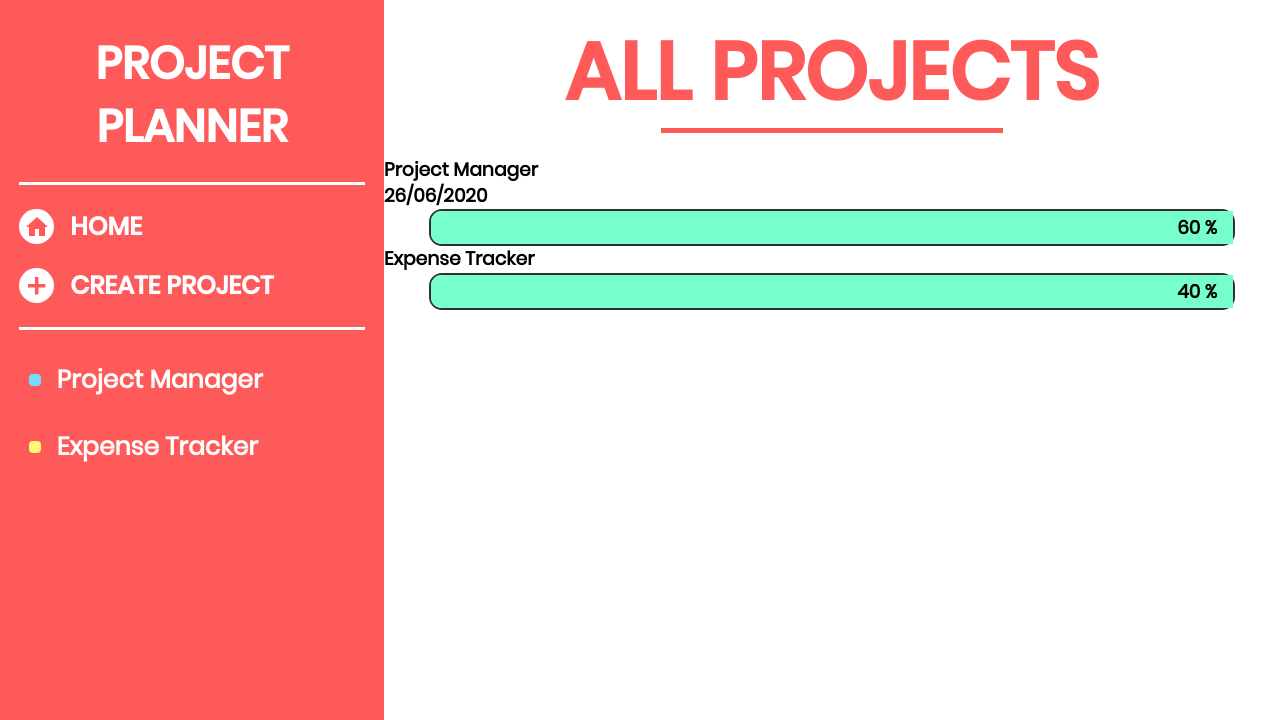
Repository: AzharMoosa/project-manager
Page: /
The author's editor kept a copy of each file at every save. The page is drawn from the files as they stood at one save, then again after the next save.
The browser window is 1280 px wide. The pictures show the whole page.
The project was rebuilt for these pictures with package versions that can differ from the ones it lists, and the page was loaded fresh each time.

Above is the page before, as saved 2020-06-22 11:06:48.

### public/index.html
<!DOCTYPE html>
<html lang="en">
  <head>
    <meta charset="utf-8" />
    <link rel="icon" href="%PUBLIC_URL%/favicon.ico" />
    <meta name="viewport" content="width=device-width, initial-scale=1" />
    <meta name="theme-color" content="#000000" />
    <meta
      name="description"
      content="Web site created using create-react-app"
    />
    <link rel="apple-touch-icon" href="%PUBLIC_URL%/logo192.png" />

    <link rel="manifest" href="%PUBLIC_URL%/manifest.json" />

    <title>Project Planner</title>
  </head>
  <body>
    <noscript>You need to enable JavaScript to run this app.</noscript>
    <div id="root"></div>
  </body>
</html>

### src/App.js
import React from "react";
import Sidebar from "./components/sidebar/Siebar";
import Home from "./components/home/Home";
import { ProjectProvider } from "./ProjectContext";

import "./App.css";

function App() {
  return (
    <ProjectProvider>
      <div className='container'>
        <Sidebar />
        <Home />
      </div>
    </ProjectProvider>
  );
}

export default App;

### src/components/sidebar/Siebar.js
import React from "react";
import Header from "./Header";
import ProjectList from "../project-list/ProjectList";

const Siebar = () => {
  return (
    <div className='sidebar'>
      <Header />
      <ProjectList />
    </div>
  );
};

export default Siebar;

### src/components/home/Home.js
import React, { useContext } from "react";
import ProgectProgress from "./ProgectProgress";
import { ProjectContext } from "../../ProjectContext";

const Home = () => {
  const [projects, setProjects] = useContext(ProjectContext);

  return (
    <div className='home'>
      <h1 className='home-title'>ALL PROJECTS</h1>
      {projects.map((project) => (
        <ProgectProgress
          name={project.name}
          date={project.date}
          progress={project.progress}
        />
      ))}
    </div>
  );
};

export default Home;

### src/ProjectContext.js
import React, { useState, createContext } from "react";

export const ProjectContext = createContext();

export const ProjectProvider = (props) => {
  const [projects, setProjects] = useState([
    {
      name: "Project Manager",
      overview:
        "A project management application which allows you to plan personal projects and track its progress.  Create detail plans of projects before developing projects.",
      tools: ["HTML", "CSS", "JAVASCRIPT", "REACT"],
      progress: 60,
      tasks: [
        "Create Project Plans",
        "Todo List for Each Project",
        "Track Progress",
        "Priority List",
        "Choose Tools In Each Project",
        "Clean And Simple Design",
        "Use REACT",
      ],
      color: "blue",
      date: "26/06/2020",
      id: 28392,
    },

    {
      name: "Expense Tracker",
      overview:
        "A expense tracker application which allows you to budget and track your savings.  Track what expenses you have",
      tools: ["HTML", "CSS", "JAVASCRIPT", "REACT"],
      progress: 40,
      tasks: [
        "Expenses In And Out",
        "Current Balance",
        "Highest Money Out",
        "Clean And Simple Design",
        "Use REACT",
      ],
      color: "yellow",
      date: "",
      id: 2032,
    },
  ]);

  return (
    <ProjectContext.Provider value={[projects, setProjects]}>
      {props.children}
    </ProjectContext.Provider>
  );
};

### src/App.css
:root {
  --red: #ff5a5a;
  --green: #76ffca;
  --blue: #76daff;
  --yellow: #fffa76;
  --purple: #ab76ff;
}

/* CSS RESET */

* {
  margin: 0;
  padding: 0;
  box-sizing: border-box;
}

/* Fonts */

@font-face {
  font-family: "Poppins-Med";
  src: url("./fonts/Poppins-Medium.ttf");
}

@font-face {
  font-family: "Poppins-Reg";
  src: url("./fonts/Poppins-Regular.ttf");
}

/* Body */

body {
  font-family: "Poppins-Reg";
  line-height: 1.4;
}

/* Utilities */

/* Bullet Points */

.project-side:before,
.blue:before,
.yellow:before,
.green:before,
.purple:before {
  content: " ";
  height: 12px;
  width: 12px;
  margin-right: 1rem;
  border-radius: 4px;
}

.blue:before {
  background-color: var(--blue);
}

.yellow:before {
  background-color: var(--yellow);
}

.green:before {
  background-color: var(--green);
}

.purple:before {
  background-color: var(--purple);
}

/* Container */
.container {
  display: flex;
  overflow: hidden;
}

/* Sidebar */
.sidebar {
  width: 30vw;
  background-color: var(--red);
  height: 100vh;
  color: #fff;
}

.title {
  font-size: 45px;
  font-family: "Poppins-Med";
  text-align: center;
  padding-top: 2rem;
}

.nav-btns::after,
.nav-btns:before {
  content: " ";
  display: block;
  border-bottom: 3px solid #fff;
  width: 100%;
  margin: 1.5rem auto;
}

.nav-btns {
  width: 90%;
  margin: auto;
}

.home-btn,
.create-project-btn {
  display: flex;
  align-items: center;
  margin-top: 1.5rem;
}

.home-btn h3,
.create-project-btn h3 {
  margin-left: 1rem;
  font-family: "Poppins-Med";
  font-size: 25px;
}

.home-btn svg,
.create-project-btn svg {
  cursor: pointer;
}

/* Home */

.home {
  width: 70vw;
  display: flex;
  flex-direction: column;
}

.home-title {
  font-size: 80px;
  font-family: "Poppins-Med";
  color: var(--red);
  text-align: center;
  margin-top: 1rem;
}

.home-title:after {
  content: " ";
  display: block;
  border-bottom: 5px solid var(--red);
  width: 342px;
  margin: 0 auto 1.5rem auto;
}

/* Project Sidebar List */
.project-side {
  width: 85%;
  margin: 2rem auto;
  display: flex;
  align-items: center;
  cursor: pointer;
}

.project-side h3 {
  font-size: 25px;
}

/* Progress Bar */
.progressbar {
  width: 90%;
  background-color: #fff;
  border: 2px solid #2f2f2f;
  border-radius: 13px;
  margin: 0 auto;
}

.progressbar > div {
  background-color: var(--green);
  height: 33px;
  border-radius: 10px 0 0 10px;
}

.progressbar > div h3 {
  display: flex;
  justify-content: flex-end;
  line-height: 1.8;
  margin-right: 1rem;
}

### src/components/sidebar/Header.js
import React from "react";

const Header = () => {
  return (
    <div>
      <h1 className='title'>PROJECT PLANNER</h1>
      <div className='nav-btns'>
        <div className='home-btn'>
          <svg
            xmlns='http://www.w3.org/2000/svg'
            width='35'
            height='35'
            viewBox='0 0 35 35'
          >
            <g
              id='Home_Btn'
              data-name='Home Btn'
              transform='translate(-139 -182)'
            >
              <circle
                id='Ellipse_1'
                data-name='Ellipse 1'
                cx='17.5'
                cy='17.5'
                r='17.5'
                transform='translate(139 182)'
                fill='#fff'
              />
              <path
                id='icons8-home'
                d='M12,2.1,1,12H4v9h6V14h4v7h6V12h3Z'
                transform='translate(145 187.9)'
                fill='#ff5a5a'
              />
            </g>
          </svg>
          <h3>HOME</h3>
        </div>

        <div className='create-project-btn'>
          <svg
            xmlns='http://www.w3.org/2000/svg'
            width='35'
            height='35'
            viewBox='0 0 35 35'
          >
            <g id='Group_6' data-name='Group 6' transform='translate(-50 -242)'>
              <circle
                id='Ellipse_2'
                data-name='Ellipse 2'
                cx='17.5'
                cy='17.5'
                r='17.5'
                transform='translate(50 242)'
                fill='#fff'
              />
              <path
                id='icons8-plus'
                d='M8.922,2V8.922H2v1.538H8.922v6.922h1.538V10.461h6.922V8.922H10.461V2Z'
                transform='translate(58 250)'
                fill='#ff5a5a'
                stroke='#ff5a5a'
                strokeWidth='2'
                fillRule='evenodd'
              />
            </g>
          </svg>
          <h3>CREATE PROJECT</h3>
        </div>
      </div>
    </div>
  );
};

export default Header;

### src/components/project-list/ProjectList.js
import React, { useContext } from "react";
import { ProjectContext } from "../../ProjectContext";
import ProjectSide from "./ProjectSide";

const ProjectList = () => {
  // eslint-disable-next-line
  const [projects, setProjects] = useContext(ProjectContext);

  return (
    <div>
      {projects.map((project) => (
        <ProjectSide
          name={project.name}
          color={project.color}
          key={project.id}
        />
      ))}
    </div>
  );
};

export default ProjectList;

### src/components/home/ProgectProgress.js
import React from "react";
import ProgressBar from "./ProgressBar";

const ProgectProgress = ({ name, date, progress }) => {
  return (
    <div className='project-progress'>
      <div className='project-title'>
        <h3>{name}</h3>
        <h3>{date}</h3>
      </div>
      <ProgressBar progress={progress} />
    </div>
  );
};

export default ProgectProgress;

### src/components/project-list/ProjectSide.js
import React from "react";

const Project = ({ name, color }) => {
  return (
    <div className={`project-side ${color}`}>
      <h3>{name}</h3>
    </div>
  );
};

export default Project;

### src/components/home/ProgressBar.js
import React from "react";

const ProgressBar = ({ progress }) => {
  return (
    <div className='progressbar'>
      <div>
        <h3>{progress} %</h3>
      </div>
    </div>
  );
};

export default ProgressBar;

Loaded but not shown: src/index.js (common file)

After the next save:
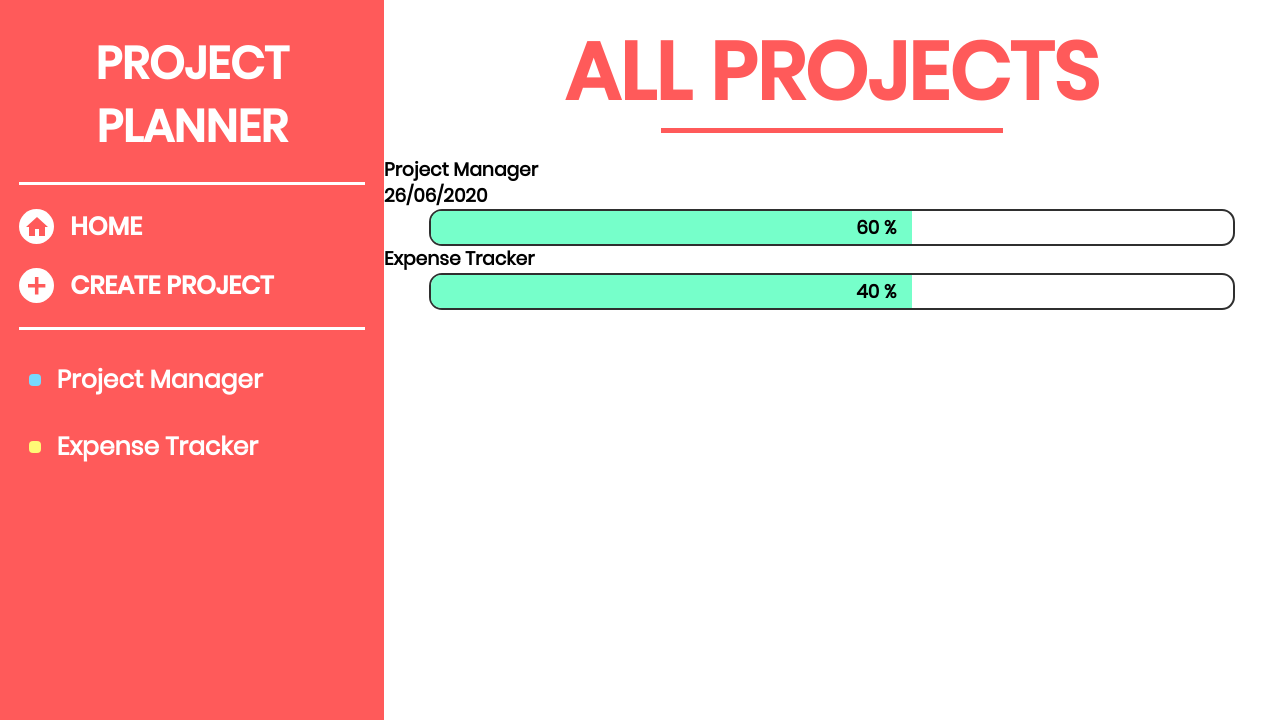
Saved 5 s later.
--- a/src/components/home/ProgressBar.js
+++ b/src/components/home/ProgressBar.js
@@ -3,7 +3,7 @@
 const ProgressBar = ({ progress }) => {
   return (
     <div className='progressbar'>
-      <div>
+      <div style={{ width: "60%" }}>
         <h3>{progress} %</h3>
       </div>
     </div>

After the save that followed:
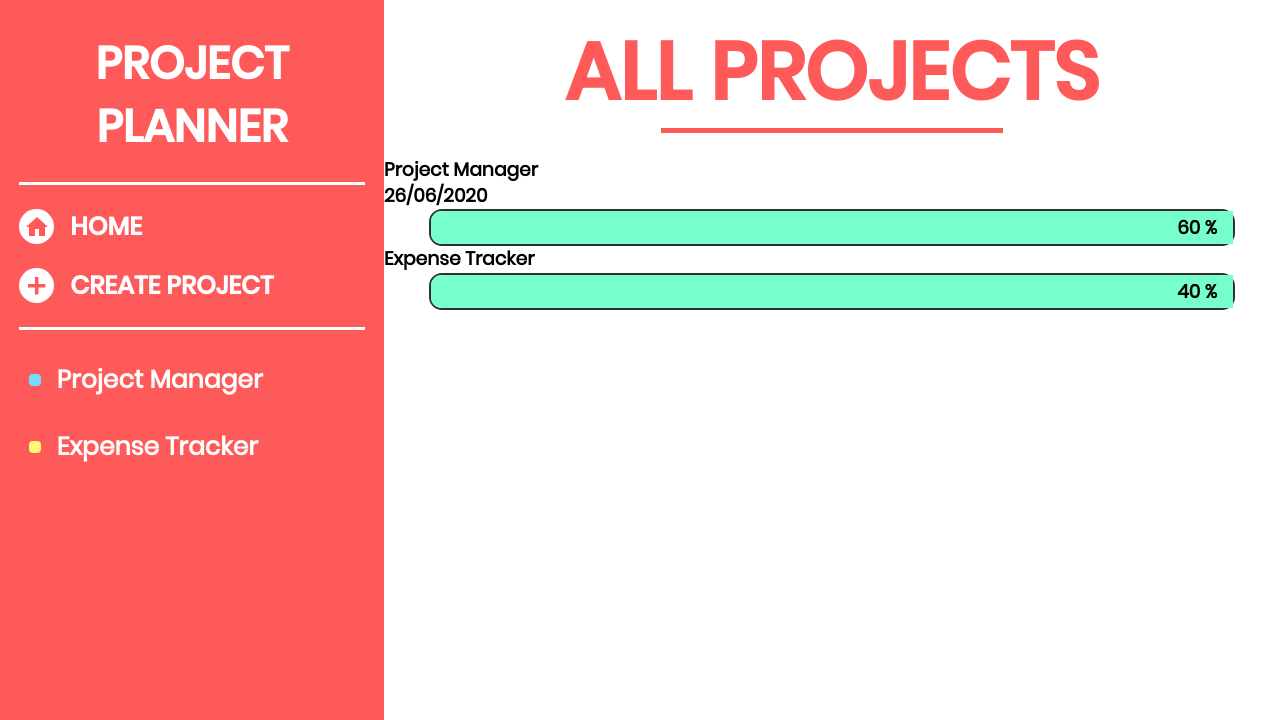
Saved 8 s later.
--- a/src/components/home/ProgressBar.js
+++ b/src/components/home/ProgressBar.js
@@ -3,7 +3,7 @@
 const ProgressBar = ({ progress }) => {
   return (
     <div className='progressbar'>
-      <div style={{ width: "60%" }}>
+      <div style={{ width: { progress } }}>
         <h3>{progress} %</h3>
       </div>
     </div>
